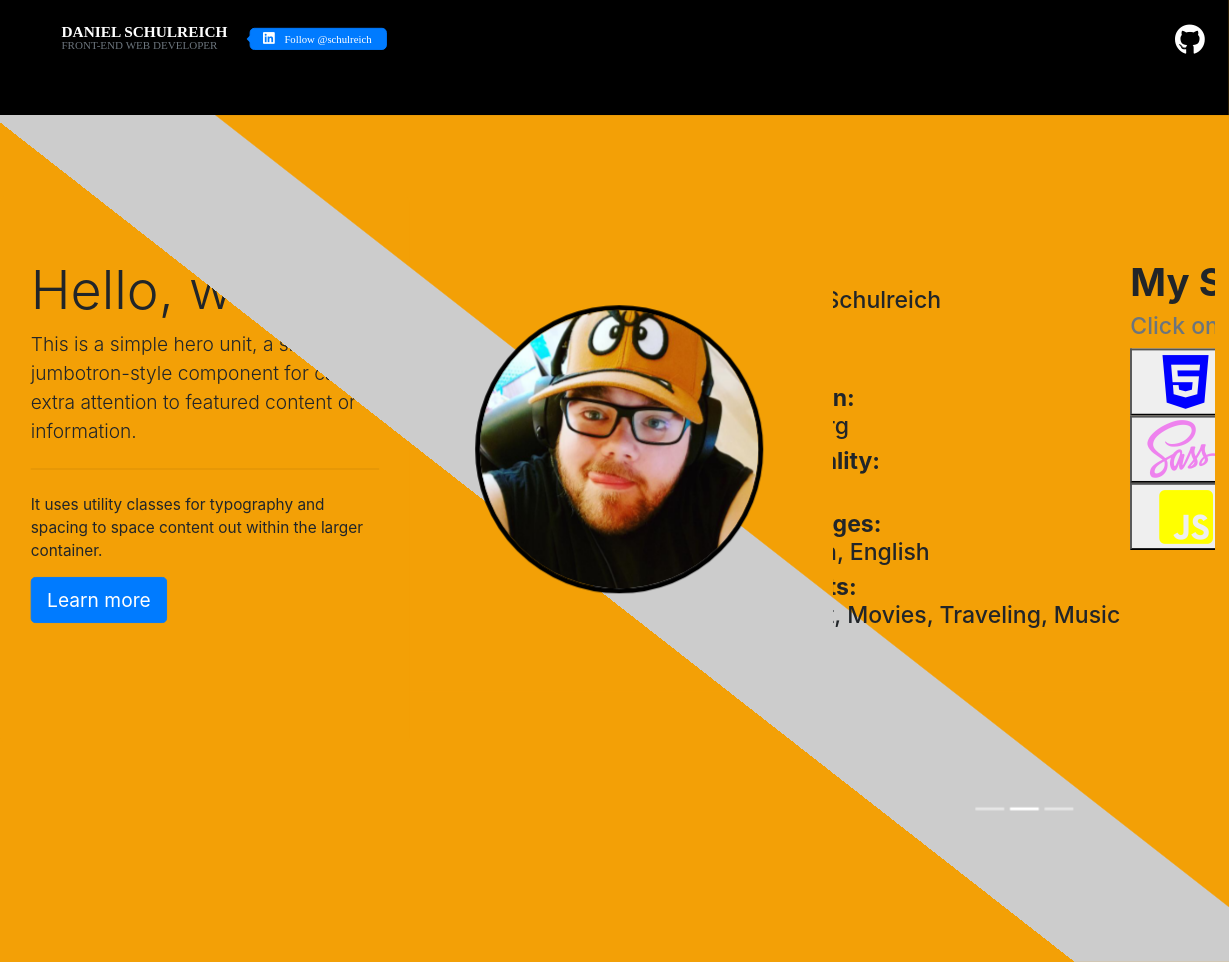
Repository: schulreich/my_portfolio
Page: portfolio.html
An editor plug-in stored every save of this project. The page is shown before and after the next save, followed by the edit.
The browser window is 1280 px wide. The pictures show the whole page, at 96% of full size.
Some icons come from a web library that is not loaded, so they are not drawn. Some web fonts or font styles are not loaded; a fallback is used. Some web libraries are served in a nearby version.

Above is the page before, as saved 2020-06-17 22:48:35.

### portfolio.html
<!DOCTYPE html>
<html lang="en">
<head>
    <meta charset="UTF-8">
    <meta name="viewport" content="width=device-width, initial-scale=1.0">
    <meta http-equiv="X-UA-Compatible" content="ie=edge">
    <link rel="stylesheet" href="https://stackpath.bootstrapcdn.com/bootstrap/4.1.3/css/bootstrap.min.css" integrity="sha384-MCw98/SFnGE8fJT3GXwEOngsV7Zt27NXFoaoApmYm81iuXoPkFOJwJ8ERdknLPMO" crossorigin="anonymous">
    <link rel="stylesheet" href="css/main.css">
    <link rel="stylesheet" href="https://use.fontawesome.com/releases/v5.5.0/css/all.css" integrity="sha384-B4dIYHKNBt8Bc12p+WXckhzcICo0wtJAoU8YZTY5qE0Id1GSseTk6S+L3BlXeVIU" crossorigin="anonymous">

    <title>Document</title>
</head>
<body>
    <header>
        <div class="row">
            <div class="name">DANIEL SCHULREICH</div>
            <div class="title text-muted"><small>FRONT-END WEB DEVELOPER</small></div>
            <a class="btn btn-primary btn-sm follow d-none d-lg-block" href="https://www.linkedin.com/in/daniel-schulreich-a5347617b/" target="_blank" role="button"><i class="fab fa-linkedin "></i><i class="fas fa-arrow-left arrow-left text-primary"></i><small>Follow @schulreich</small></a>

            <div class="nav">
                    <ul>
                        <li class="github"><i class="fab fa-github fa-2x nav-icon"></i><a href="https://github.com/schulreich" target="_blank">GitHub</a>
                        </li>
                    </ul>
                </div>


        </div>
    </header>

    <section class="project-modal">

    <div class="modal fade bd-example-modal-lg" tabindex="-1" role="dialog" aria-labelledby="myLargeModalLabel" aria-hidden="true">
            <div class="modal-dialog modal-lg">
              <div class="modal-content">
                <div class="modal-header">
                  <h5 class="modal-title" id="exampleModalLabel"><strong>JavaScript Boardgame</strong></h5>
                  <button type="button" class="close" data-dismiss="modal" aria-label="Close">
                    <span aria-hidden="true">&times;</span>
                  </button>
                </div>
                <div class="modal-body modal-align">
                    <img class="modal-img" src="images/boardgame.png" alt="">
                </div>
                <div class="modal-footer">
                  <button type="button" class="btn btn-secondary" data-dismiss="modal">Open Website</button>
                  <a href="" class="btn btn-primary btn-lg active" role="button" aria-pressed="true">Primary link</a>
                </div>
              </div>
            </div>
          </div>

          <div class="modal fade bd-cards-example-modal-lg" tabindex="-1" role="dialog" aria-labelledby="myLargeModalLabel" aria-hidden="true">
                <div class="modal-dialog modal-lg">
                  <div class="modal-content">
                    <div class="modal-header">
                      <h5 class="modal-title" id="exampleModalLabel"><strong>Bootstrap Moviefestival website</strong></h5>
                      <button type="button" class="close" data-dismiss="modal" aria-label="Close">
                        <span aria-hidden="true">&times;</span>
                      </button>
                    </div>
                    <div class="modal-body modal-align">
                        <img class="modal-img" src="images/moviefestival.png" alt="">
                    </div>
                    <div class="modal-footer">
                      <a href="https://schulreich.github.io/project-movie-festival/" target="_blank" class="btn btn-primary btn-lg active" role="button" aria-pressed="true">Primary link</a>
                      <button type="button" class="btn btn-secondary" data-dismiss="modal">Close</button>
                    </div>
                  </div>
                </div>
              </div>


              <div class="modal fade bd-grid-example-modal-lg" tabindex="-1" role="dialog" aria-labelledby="myLargeModalLabel" aria-hidden="true">
                    <div class="modal-dialog modal-lg">
                      <div class="modal-content">
                        <div class="modal-header">
                          <h5 class="modal-title" id="exampleModalLabel"><strong>React Restaurant review website</strong></h5>
                          <button type="button" class="close" data-dismiss="modal" aria-label="Close">
                            <span aria-hidden="true">&times;</span>
                          </button>
                        </div>
                        <div class="modal-body modal-align">
                            <img class="modal-img" src="images/restaurantreview.png" alt="">
                        </div>
                        <div class="modal-footer">
                          <button type="button" class="btn btn-secondary" data-dismiss="modal">Open Website</button>
                          <button type="button" class="btn btn-primary">Open GitHub</button>
                        </div>
                      </div>
                    </div>
                  </div>


          <div class="modal fade bd-register-example-modal-lg" tabindex="-1" role="dialog" aria-labelledby="myLargeModalLabel" aria-hidden="true">
                <div class="modal-dialog modal-lg">
                  <div class="modal-content">
                    <div class="modal-header">
                      <h5 class="modal-title" id="exampleModalLabel"><strong>#Register</strong></h5>
                      <button type="button" class="close" data-dismiss="modal" aria-label="Close">
                        <span aria-hidden="true">&times;</span>
                      </button>
                    </div>
                    <div class="modal-body modal-align">
                        <img class="modal-img" src="images/thumbnail-4.png" alt="">
                    </div>
                    <div class="modal-footer">
                      <button type="button" class="btn btn-secondary" data-dismiss="modal">Open Website</button>
                      <button type="button" class="btn btn-primary">Open GitHub</button>
                    </div>
                  </div>
                </div>
              </div>

    </section>

    <section class="skill-modal">

    <section class="container-fluid intro-section">

        <div class="row">
             <div class="intro col-lg-4 col-md-5 jumbotron">
                <h1 class="display-4">Hello, world!</h1>
                     <p class="lead">This is a simple hero unit, a simple jumbotron-style component for calling extra attention to featured content or information.</p>
                <hr class="my-4">
                     <p>It uses utility classes for typography and spacing to space content out within the larger container.</p>
                            <a class="btn btn-primary btn-lg" href="#" role="button">Learn more</a>
          </div>


          <div class="col-lg-4 d-none d-lg-block move">
              <img class="skew" src="https://dummyimage.com/200x753/000/000" alt="">
              <img class="rounded-circle " src="images/test.jpeg" alt="">
          </div>

<aside id="carouselExampleIndicators" class="col-lg-4 personal-information carousel slide" data-ride="carousel">
        <ol class="carousel-indicators">
                <li data-target="#carouselExampleIndicators" data-slide-to="0" class="active"></li>
                <li data-target="#carouselExampleIndicators" data-slide-to="1"></li>
                <li data-target="#carouselExampleIndicators" data-slide-to="2"></li>
              </ol>
    <div class="carousel-inner">
        <div class="carousel-item active">
              <h4><strong>Name:</strong> <br> Daniel Schulreich</h4>
              <h4><strong>Age:</strong> <br> 32</h4>
              <h4><strong>Location:</strong> <br> Duisburg</h4>
              <h4><strong>Nationality:</strong> <br> Austria</h4>
              <h4><strong>Languages:</strong> <br> German, English</h4>
              <h4><strong>Interests:</strong> <br> E-Sport, Movies, Traveling, Music</h4>
        </div>
        <div class="carousel-item">
            <aside class="skills"> <!-- text-center -->
              <h1><strong>My Skills</strong></h1>
              <h4 class="text-muted">Click on Icons for more Details</h4>
              <div class="y">
                <!--  justify-content-center -->
                <div class="row">
                  <div class="col-lg-4"><button class="skill-button"><i class="fab fa-html5 fa-4x" ></i></button></div>
                  <div class="col-lg-4"><button class="skill-button"><i class="fab fa-css3-alt fa-4x"></i></button></div>
                </div>
                <div class="row">
                  <div class="col-lg-4"><button class="skill-button"><i class="fab fa-sass fa-4x"></i></button></div>
                    <div class="col-lg-4"><button class="skill-button"><i class="fab fa-react fa-4x"></i></button></div>
                </div>
                <div class="row">
                  <div class="col-lg-4"><button class="skill-button"><i class="fab fa-js-square fa-4x"></i></button></div>
                  <div class="col-lg-4"><button class="skill-button"><i class="fab fa-wordpress fa-4x"></i></button></div>
                </div>
              </div>
            </aside>
        </div>
        <div class="carousel-item">
            <aside class="projects">
                <h1>Projects</h1>
                <h4 class="text-muted">Select Thumbnail</h4>

                <img src="images/boardgame.png" class="img-thumbnail thumbnail" data-toggle="modal" data-target=".bd-example-modal-lg" alt="...">
                <img src="images/moviefestival.png" class="img-thumbnail thumbnail" data-toggle="modal" data-target=".bd-cards-example-modal-lg" alt="..."> <br>
                <img src="images/restaurantreview.png" class="img-thumbnail thumbnail" data-toggle="modal" data-target=".bd-grid-example-modal-lg" alt="...">
                <img src="images/thumbnail-4.png" class="img-thumbnail thumbnail" data-toggle="modal" data-target=".bd-register-example-modal-lg" alt="...">
            </aside>
        </div>
    </div>
</aside>

    </div>

    </section>









    <script src="https://code.jquery.com/jquery-3.3.1.slim.min.js" integrity="sha384-q8i/X+965DzO0rT7abK41JStQIAqVgRVzpbzo5smXKp4YfRvH+8abtTE1Pi6jizo" crossorigin="anonymous"></script>
<script src="https://cdnjs.cloudflare.com/ajax/libs/popper.js/1.14.3/umd/popper.min.js" integrity="sha384-ZMP7rVo3mIykV+2+9J3UJ46jBk0WLaUAdn689aCwoqbBJiSnjAK/l8WvCWPIPm49" crossorigin="anonymous"></script>
<script src="https://stackpath.bootstrapcdn.com/bootstrap/4.1.3/js/bootstrap.min.js" integrity="sha384-ChfqqxuZUCnJSK3+MXmPNIyE6ZbWh2IMqE241rYiqJxyMiZ6OW/JmZQ5stwEULTy" crossorigin="anonymous"></script>
</body>
</html>

### css/main.css
@import url("https://fonts.googleapis.com/css?family=Coda");
@keyframes mymove {
  0% {
    left: 16%;
  }
  100% {
    left: 25%;
  }
}
@keyframes myskew {
  0% {
    transform: skew(52deg);
  }
  100% {
    transform: skew(0deg);
  }
}
@keyframes myfade {
  0% {
    opacity: 0;
  }
  25% {
    opacity: 0;
  }
  50% {
    opacity: 0.6;
  }
  75% {
    opacity: 0.8;
  }
  100% {
    opacity: 1;
  }
}
body {
  background-color: #f3a006;
}

header {
  background-color: black;
  height: 120px;
  font-family: "Coda";
}
header .name {
  position: absolute;
  left: 5%;
  top: 3%;
  color: white;
  font-weight: bolder;
}
header .title {
  position: absolute;
  top: 5%;
  left: 5%;
  color: white;
  font-size: 0.9em;
}
header .follow {
  position: absolute;
  left: 260px;
  top: 4%;
  border-radius: 5px;
  padding-top: 0;
  padding-bottom: 0;
  padding-right: 15px;
  padding-left: 3px;
}
header .arrow-left {
  position: absolute;
  left: -10%;
  top: 18%;
}
header .nav-icon {
  color: white;
}
header i {
  padding: 0 10px;
}
header ul {
  list-style-type: none;
}
header .nav ul {
  margin: 0;
  padding: 0;
  position: absolute;
  top: 10px;
  right: 0;
  font-size: 0px;
}
header .nav ul li {
  font-size: 12pt;
  display: inline-block;
  padding: 15px;
  transition: all 0.2s ease-in-out;
}
header .nav ul li a {
  font-family: FontAwesome;
  color: lime;
  font-size: 22pt;
  text-decoration: none;
}
header .nav ul .github.about .code .contact {
  background: black;
}
header .nav ul li i {
  display: block;
}
header .nav ul li a {
  display: none;
}
header .nav ul li:hover i {
  display: none;
}
header .nav ul li:hover a {
  display: block;
}
header .nav a:hover {
  color: lime;
}

.modal-img {
  width: 600px;
}

.modal-align {
  padding-left: 6rem;
}

.modal-header {
  background-color: #f3a006;
}

.modal-body {
  background-color: black;
}

.intro-section {
  background-color: #f3a006;
  /*}
  .rounded-circle:hover{
      left: 25%;
      transition: 2s left;
  }*/
}
.intro-section .intro {
  background-color: #f3a006;
  top: 85px;
}
.intro-section .skew {
  transform: skew(52deg);
  position: absolute;
  height: 147%;
  left: 30%;
  animation: myskew 2s 1 ease;
  animation-fill-mode: forwards;
}
.intro-section .rounded-circle {
  position: absolute;
  border: solid 5px black;
  height: 300px;
  width: 300px;
  left: 16%;
  top: 33%;
  animation: mymove 2s 1 ease;
  animation-fill-mode: forwards;
}
.intro-section .personal-information {
  position: relative;
  top: 150px;
  animation: myfade 5s 1 ease;
  transition-delay: 3s;
}
.intro-section .carousel-inner {
  height: 600px;
}
.intro-section .skill-button {
  width: 115px;
}
.intro-section .fa-html5 {
  color: blue;
}
.intro-section .fa-css3-alt {
  color: pink;
}
.intro-section .fa-sass {
  color: violet;
}
.intro-section .fa-react {
  color: skyblue;
  width: 100px;
}
.intro-section .fa-js-square {
  color: yellow;
  width: 100px;
}
.intro-section .thumbnail {
  width: 200px;
  height: 200px;
}

After the next save:
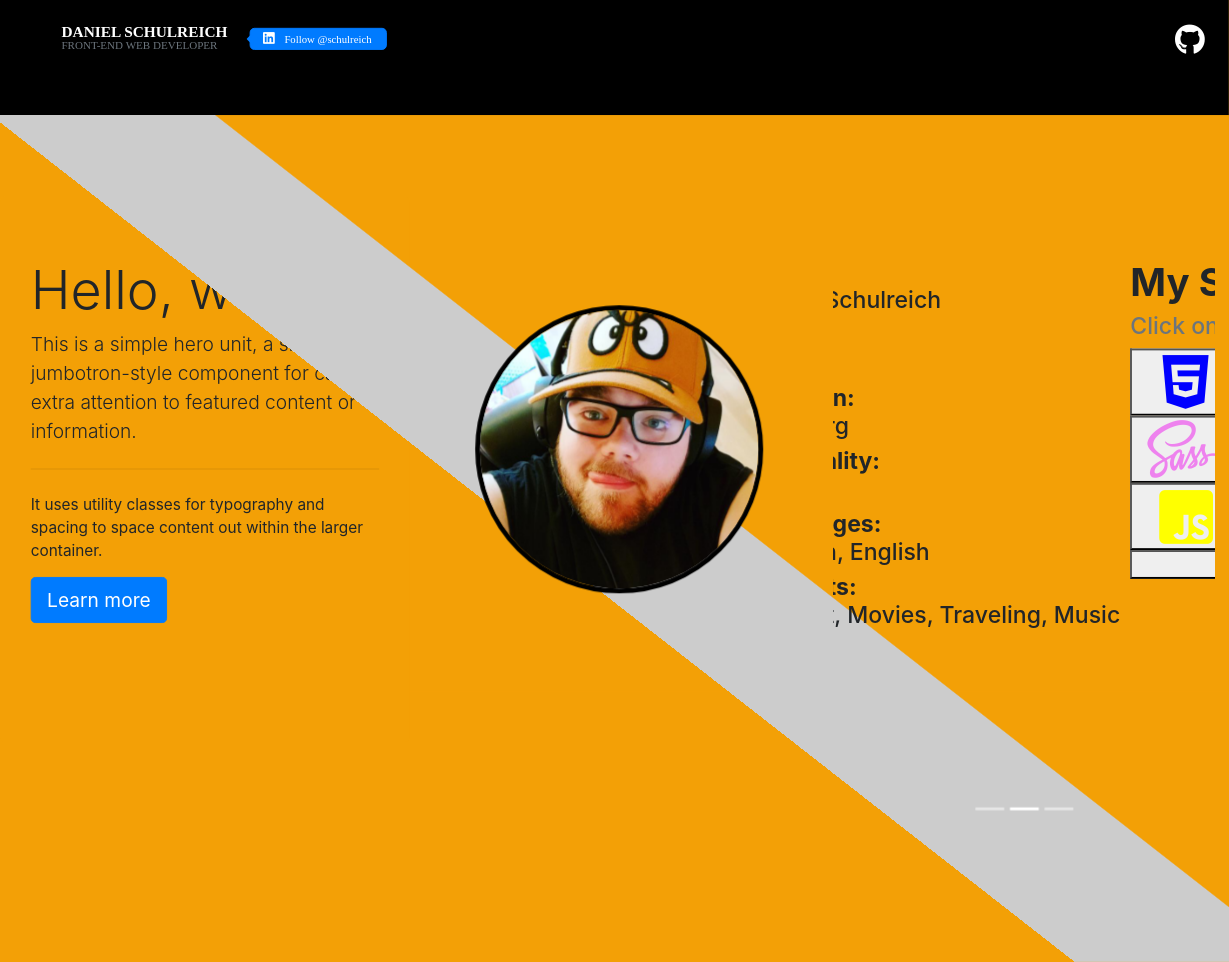
Saved 3 min 40 s later.
--- a/portfolio.html
+++ b/portfolio.html
@@ -166,6 +166,10 @@
                   <div class="col-lg-4"><button class="skill-button"><i class="fab fa-js-square fa-4x"></i></button></div>
                   <div class="col-lg-4"><button class="skill-button"><i class="fab fa-wordpress fa-4x"></i></button></div>
                 </div>
+                <div class="row">
+                  <div class="col-lg-4"><button class="skill-button"><i class="fab fa-bootstrap fa-4x"></i></button></div>
+                  <div class="col-lg-4"><button class="skill-button"><i class="fab fa-wordpress fa-4x"></i></button></div>
+                </div>
               </div>
             </aside>
         </div>
